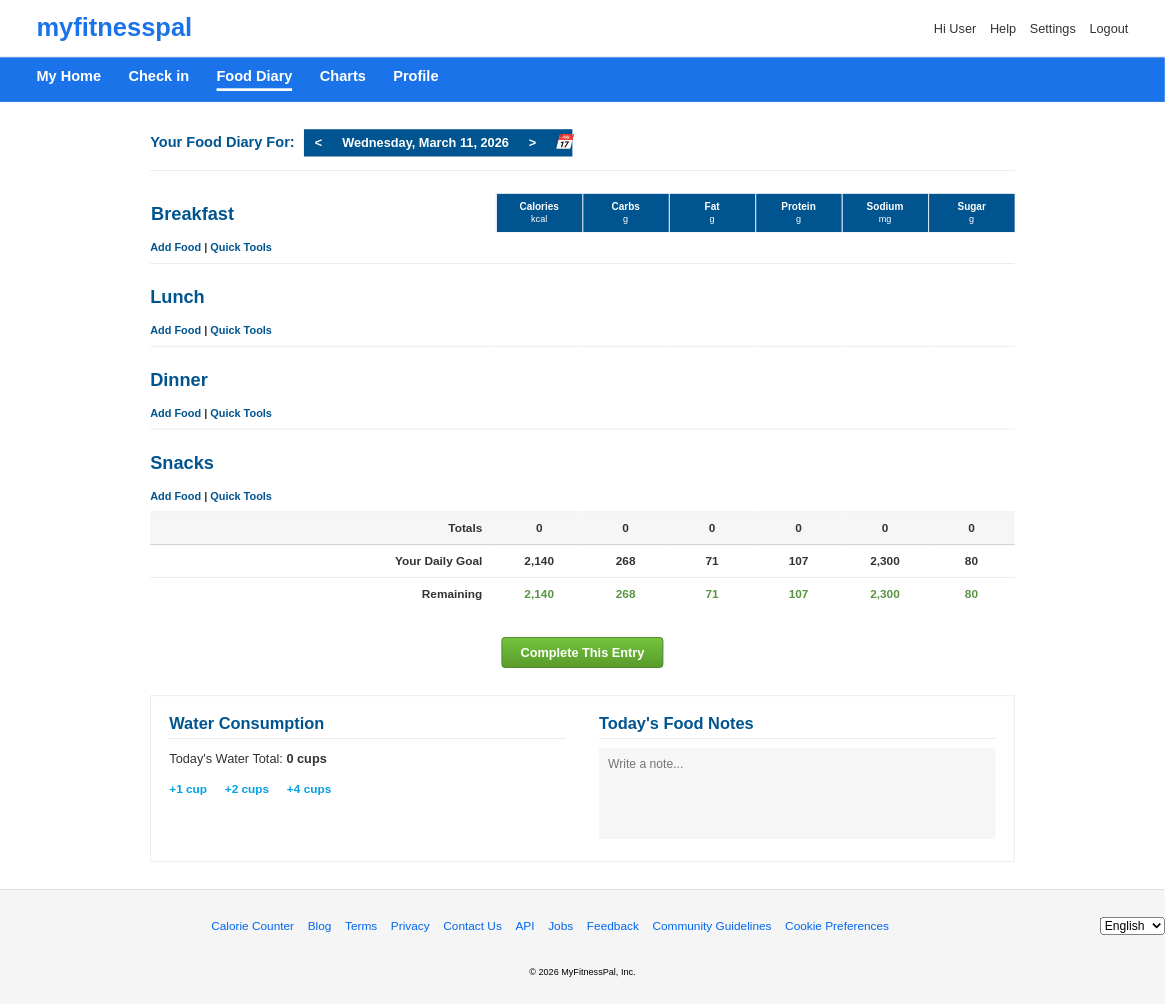
Repository: kem85/Web-Project
Page: Food-Diary.html
An editor plug-in stored every save of this project. The page is shown before and after a run of saves, followed by the edit.
The browser window is 1280 px wide. The pictures show the whole page, at 91% of full size.

Above is the page before, as saved 2026-03-11 15:12:46.

After the next 2 saves:
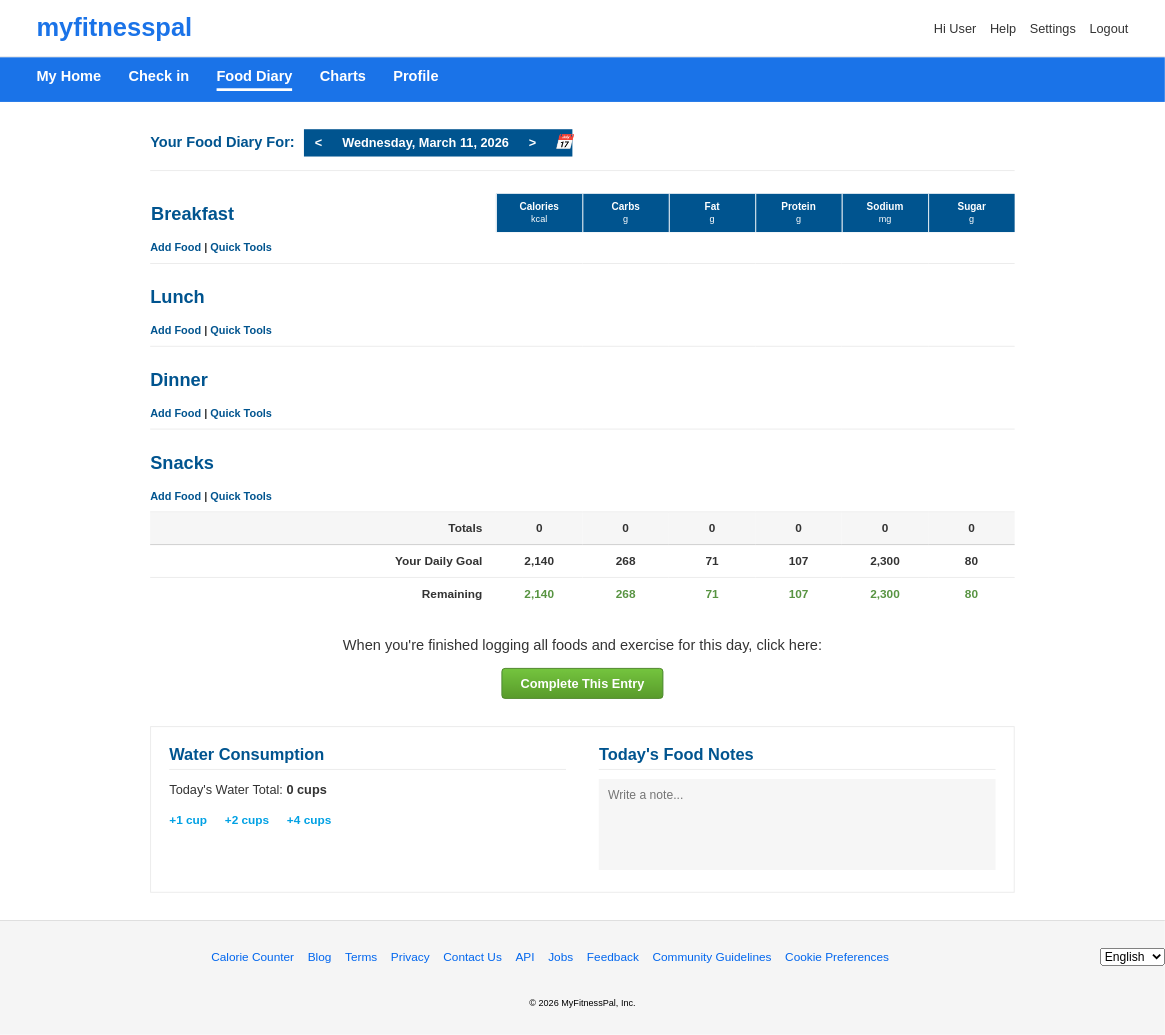
The 2 saves are shown as one change because they came seconds apart.
The last was saved 20 s later.
--- a/Food-Diary.html
+++ b/Food-Diary.html
@@ -161,6 +161,10 @@
       </table>
 
       <div class="complete-entry">
+        <p class="complete-text">
+          When you're finished logging all foods and exercise for this day,
+          click here:
+        </p>
         <button class="btn-complete">Complete This Entry</button>
       </div>
 
